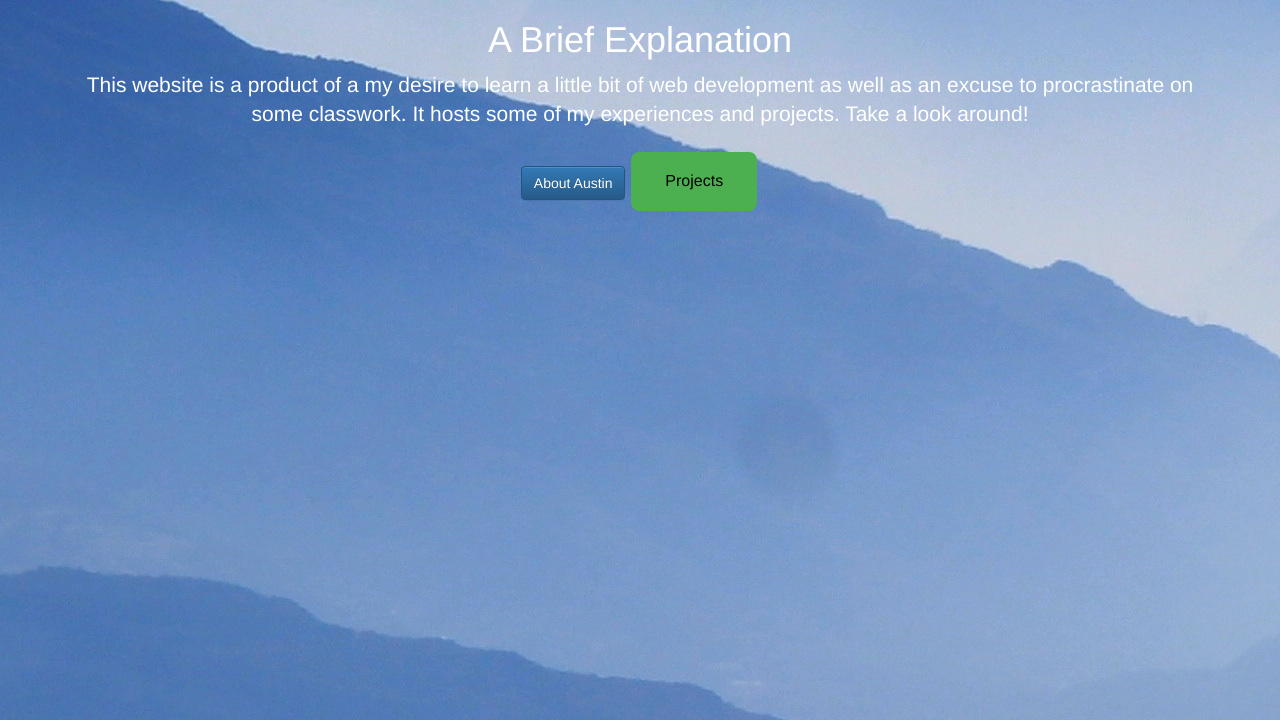
Repository: austinHerring/PersonalWebsite
Page: PersonalWebsite/WebContent/index.html
An editor plug-in stored every save of this project. The page is shown before and after the next save, followed by the edit.
The browser window is 1280 px wide. The pictures show the whole page.

Above is the page before, as saved 2016-06-12 22:29:47.

After the next save:
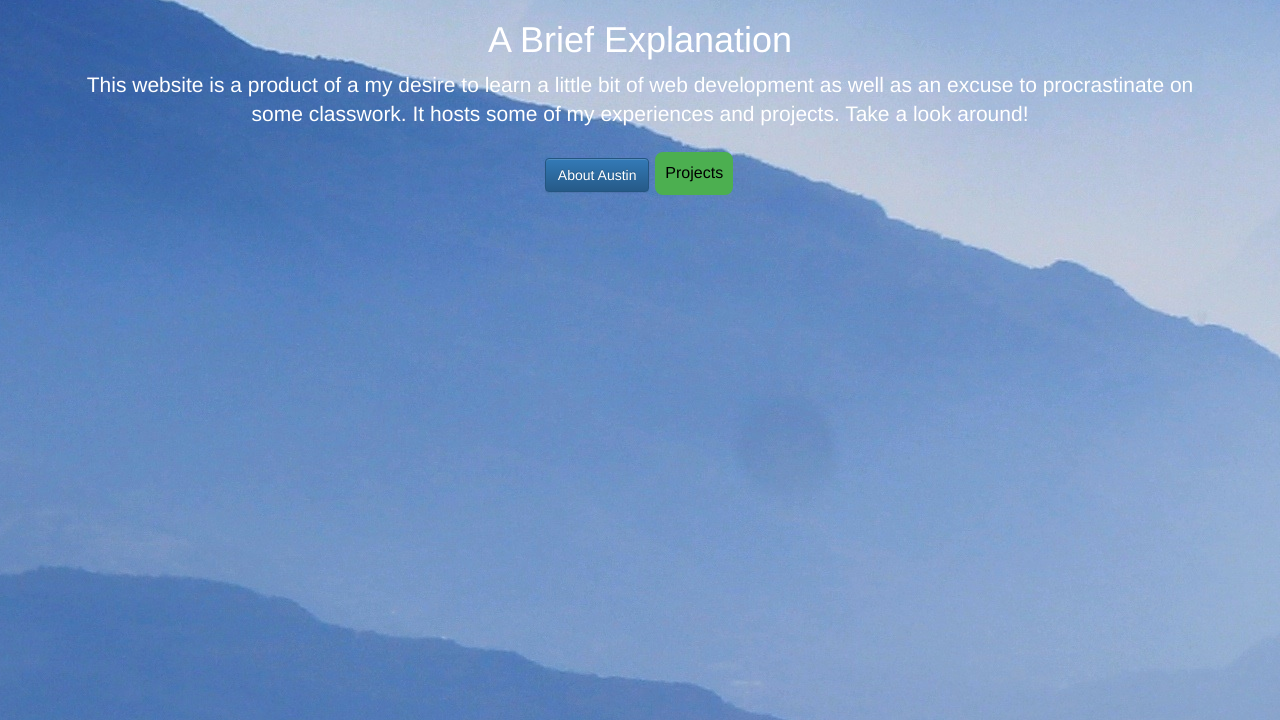
Saved 86 s later.
--- a/PersonalWebsite/WebContent/css/main.css
+++ b/PersonalWebsite/WebContent/css/main.css
@@ -31,7 +31,7 @@ body {
     background-color: #4CAF50; /* Green */
     border: none;
     color: white;
-    padding: 16px 32px;
+    padding: 8px 8px;
     text-align: center;
     text-decoration: none;
     display: inline-block;
